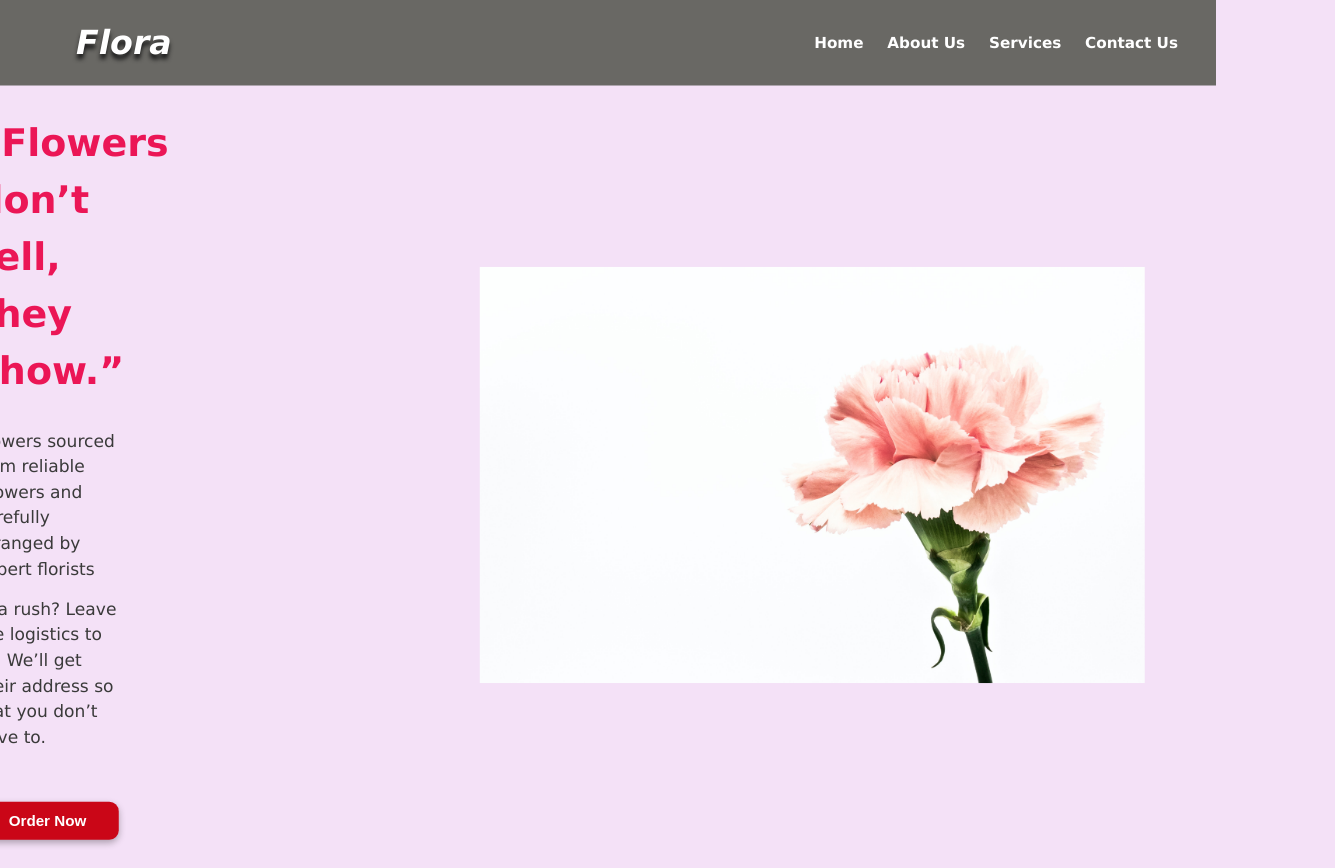
Repository: SaadYasin/test003-flex-box
Page: index.html
An editor plug-in stored every save of this project. The page is shown before and after a run of saves, followed by the edit.
The browser window is 1280 px wide. The page is 1405 px wide, so the pictures cover 1405 px, including what lies to the right of the window. The pictures show the whole page, at 95% of full size.

Above is the page before, as saved 2022-10-27 20:39:02.

### index.html
<!DOCTYPE html>
<html lang="en">
<head>
  <meta charset="UTF-8">
  <meta http-equiv="X-UA-Compatible" content="IE=edge">
  <meta name="viewport" content="width=device-width, initial-scale=1.0">
  <title>Business Assistant</title>

  <link rel="stylesheet" href="styles.css">
</head>
<body>
  <header>
    <div class="header-container">
      <h1 class="logo">Flora</h1>
      <nav>
        <ul>
          <li><a href="#">Home</a></li>
          <li><a href="#">About Us</a></li>
          <li><a href="#">Services</a></li>
          <li><a href="#">Contact Us</a></li>
        </ul>
      </nav>
    </div>
  </header>
  <section class="hero-section">
    <div class="hero-text">
      <h1 class="hero-title">“Flowers don’t tell, they show.”</h1>
      <p class="hero-paragraph">Flowers sourced from reliable growers and carefully arranged by expert florists</p>
      <p class="hero-paragraph">In a rush? Leave the logistics to us. We’ll get their address so that you don’t have to.</p>
      <button type="button" class="coa-btn">Order Now</button>
    </div>
    <div><img src="./images/alesia_flower.jpg" alt="" class="hero-img"></div>
  </section>
</body>
</html>

### styles.css
* {
  padding: 0;
  margin: 0;
  box-sizing: border-box;
}

body {
  background: rgb(244, 225, 247);
  font-family: Verdana, Geneva, Tahoma, sans-serif;
}

.header-container {
  display: flex;
  justify-content: space-between;
  align-items: center;
  background: rgb(105, 104, 100);
  height: 90px;
  padding: 20px;
}

.logo {
  font-size: 35px;
  font-weight: bolder;
  color: white;
  font-style: italic;
  text-shadow: 0 5px 5px rgb(27, 27, 27);
  margin-left: 60px;
}

nav ul li {
  display: inline;
}

nav ul li a {
  text-decoration: none;
  margin-right: 20px;
  font-weight: bold;
  color: white;
}

nav ul li a:hover {
  text-decoration: underline;
  color: rgb(238, 139, 169);
}

.hero-section {
  /* background-image: url(/images/bg-img-small.jpg);
  background-repeat: no-repeat;
  background-size: cover;
  height: 850px; */
  display: flex;
  /* flex-wrap: wrap; */
  justify-content: center;
  align-items: center;
  padding: 30px;
  gap: 80px;

}

.hero-text {
  display: flex;
  flex-direction: column;
  min-width: 350px;
  max-width: 70%;
  padding: 0 100px;
}

.hero-img {
  width: 700px;
  margin: 100px 200px;
}

.hero-title {
  font-size: 40px;
  font-weight: bold;
  line-height: 1.5;
  color: rgb(235, 22, 86);
  margin-bottom: 30px;
}

.hero-text p {
  font-size: 18px;
  line-height: 1.5;
  color: #3a3a3a;
  margin-bottom: 15px;
}

.coa-btn {
  display: inline-block;
  background-color: rgb(202, 6, 23);
  font-size: 1rem;
  font-weight: bold;;
  color: white;
  width: 150px;
  height: 40px;
  border: none;
  outline: none;
  box-shadow: 0 3px 8px rgba(0, 0, 0, 0.3);
  border-radius: 10px;
  padding: 10px 20px;
  margin-top: 40px;
}

After the next 3 saves:
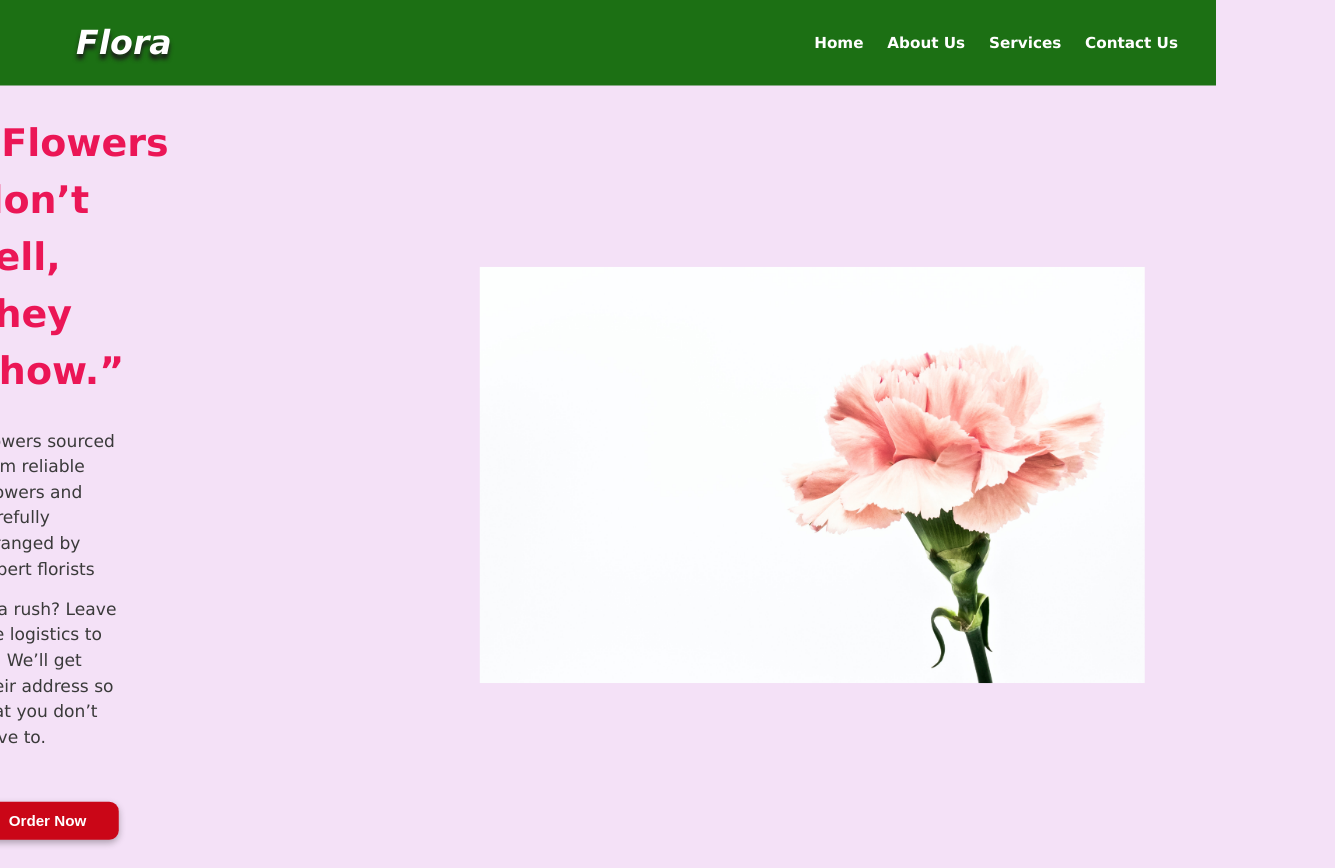
The 3 saves are shown as one change because they came seconds apart.
The last was saved 63 s later.
--- a/styles.css
+++ b/styles.css
@@ -13,7 +13,7 @@ body {
   display: flex;
   justify-content: space-between;
   align-items: center;
-  background: rgb(105, 104, 100);
+  background: rgb(28, 112, 20);
   height: 90px;
   padding: 20px;
 }
